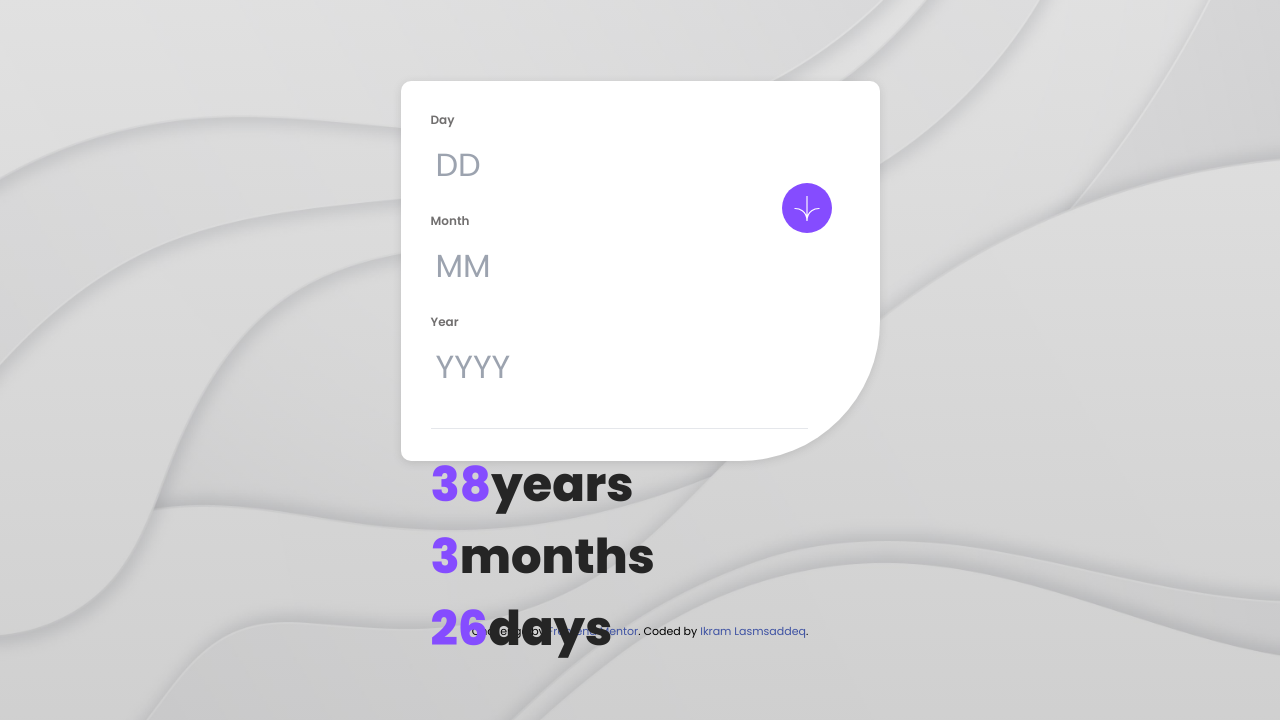
Repository: ikram-lisa/age-display
Page: /
An editor plug-in stored every save of this project. The page is shown before and after the next save, followed by the edit.
The browser window is 1280 px wide. The pictures show the whole page.
Some web libraries are served in a nearby version. The project was rebuilt for these pictures with package versions that can differ from the ones it lists, and the page was loaded fresh each time.

Above is the page before, as saved 2024-05-01 00:42:56.

### index.html
<!DOCTYPE html>
<html lang="en">
  <head>
    <meta charset="UTF-8" />
    <meta name="viewport" content="width=device-width, initial-scale=1.0" />
    <!-- displays site properly based on user's device -->
    <link href="https://cdn.tailwindcss.com" rel="stylesheet" />
    <link rel="stylesheet" href="./css/style.scss" />
    <link
      rel="icon"
      type="image/png"
      sizes="32x32"
      href="./assets/images/favicon-32x32.png"
    />

    <title>Frontend Mentor | Age calculator app</title>
    <style>
      .attribution {
        font-size: 11px;
        text-align: center;
      }
      .attribution a {
        color: hsl(228, 45%, 44%);
      }
    </style>
  </head>
  <!-- <script type="module" src="js/script.js"></script> -->
  <body>
    <section class="calculator">
      <header>
        <form class="form" action="">
          <div class="formInput active error">
            <label for="day">Day</label>
            <input
              type="text"
              class="day"
              id="day"
              type="number"
              placeholder="DD"
              required
              minlength="4"
              maxlength="8"
              size="10"
            />
          </div>

          <div class="formInput active error">
            <label for="month">Month</label>
            <input
              type="text"
              class="month"
              id="month"
              type="number"
              placeholder="MM"
              required
              minlength="4"
              maxlength="8"
              size="10"
            />
          </div>

          <div class="formInput active error">
            <label for="year">Year</label>
            <input
              type="text"
              class="year"
              id="year"
              type="number"
              placeholder="YYYY"
              required
              minlength="4"
              maxlength="8"
              size="10"
            />
          </div>
        </form>
      </header>

      <button class="submit">
        <img src="./assets/images/icon-arrow.svg" alt="submit" />
      </button>

      <hr class="separator" />
      <div class="result">
        <p class="years"><span>38</span>years</p>
        <p class="month"><span>3</span>months</p>
        <p class="days"><span>26</span>days</p>
      </div>
    </section>
    <footer>
      <div class="attribution">
        Challenge by
        <a href="https://www.frontendmentor.io?ref=challenge" target="_blank"
          >Frontend Mentor</a
        >. Coded by <a href="#">Ikram Lasmsaddeq</a>.
      </div>
    </footer>
  </body>
</html>

### css/style.scss
@use "./base/variable" as *;
@use "./base/font.scss" as *;

@tailwind base;
@tailwind components;
@tailwind utilities;

* {
  margin: 0;
  padding: 0;
  box-sizing: border-box;
}
body {
  height: 100vh;
  background: linear-gradient(
      rgba(196, 196, 196, 0.5),
      rgba(161, 161, 161, 0.5)
    ),
    url("../images/background.jpg");
  background-size: cover;
  background-position: center;
  background-repeat: no-repeat;
  font-size: 32px;
  font-family: "Poppins", sans-serif;
  display: grid;
  place-items: center;
}
.calculator {
  width: 35%;
  min-width: 479px;
  height: 380px;
  background-color: white;
  border-radius: 10px 10px 140px 10px;
  box-shadow: rgba(99, 99, 99, 0.2) 0px 2px 8px 0px;
  position: relative;
  display: flex;
  flex-direction: column;
  padding: 30px;
  .form {
    display: flex;
    flex-wrap: wrap;
    margin-bottom: 30px;
    gap: 16px;
    .formInput {
      display: flex;
      flex-direction: column;

      label {
        font-size: 12px;
        font-weight: 600;
        margin-bottom: 5px;
        color: $smokeyGrey;
      }
      input[type="text"] {
        border: 1 solid rgb(217, 217, 217);
        padding: 7px 5px;
        outline: none;
      }
    }
  }
  .submit {
    width: 50px;
    height: 50px;
    border-radius: 50%;
    display: flex;
    justify-content: center;
    align-items: center;
    background-color: $purple;
    color: white;
    border: none;
    padding: 10px;
    position: absolute;
    top: 27%;
    right: 10%;
    cursor: pointer;
    transition: all 0.3s;

    &:hover {
      background-color: darken($purple, 10%);
    }
    img {
      width: 25px;
      height: 25px;
      display: block;
      min-width: 30px;
    }
  }

  .separator {
    width: 90%;
    height: 1px;
    background-color: rgb(209, 209, 209);
  }
  .result {
    margin-top: 20px;
    .years,
    .month,
    .days {
      font-size: 48px;
      color: #252525;
      font-weight: 800;
      span {
        color: $purple;
      }
    }
  }
}

@media (max-width: 375px) {
}
@media (max-width: 768px) {
}
@media (max-width: 1440px) {
}

### css/base/_variable.scss
// Primary

$purple: hsl(259, 100%, 65%);
$lightRed: hsl(0, 100%, 67%);

// Neutral

$white: hsl(0, 0%, 100%);
$offWhite: hsl(0, 0%, 94%);
$lightGrey: hsl(0, 0%, 86%);
$smokeyGrey: hsl(0, 1%, 44%);
$offBlack: hsl(0, 0%, 8%);

### css/base/_font.scss
@import url("https://fonts.googleapis.com/css2?family=Montserrat:ital,wght@0,100..900;1,100..900&family=Open+Sans:ital,wght@0,400;0,600;0,700;0,800;1,400;1,700;1,800&family=Poppins:ital,wght@0,200;0,300;0,400;0,500;0,600;0,700;0,800;0,900;1,100;1,200;1,300;1,400;1,500;1,600;1,700;1,800;1,900&display=swap");

Loaded but not shown: tailwind.config.js (1075 lines, source omitted)

After the next save:
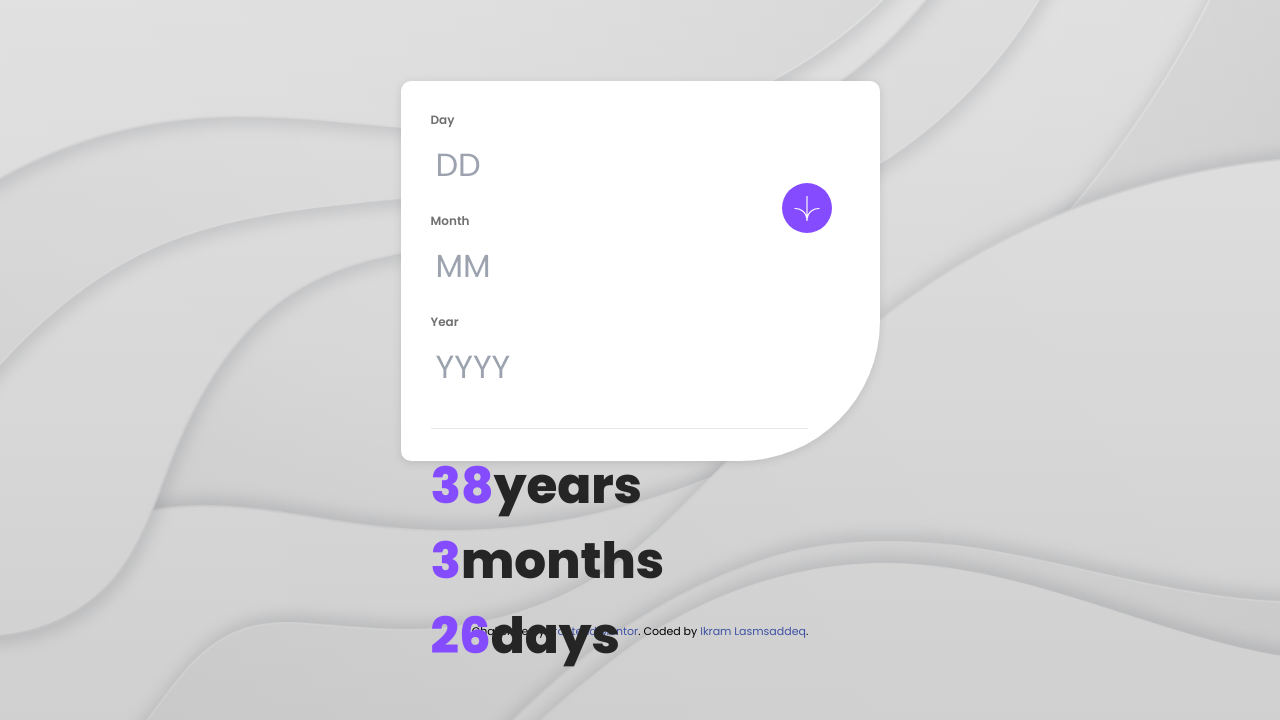
Saved 33 s later.
--- a/css/style.scss
+++ b/css/style.scss
@@ -96,7 +96,7 @@ body {
     .years,
     .month,
     .days {
-      font-size: 48px;
+      font-size: 50px;
       color: #252525;
       font-weight: 800;
       span {
